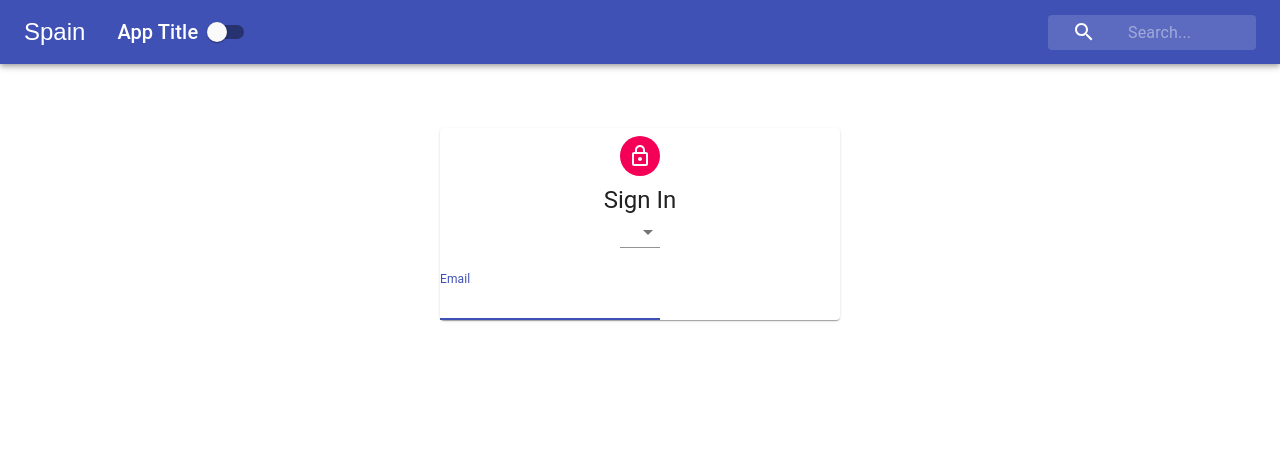
Repository: zhapar/context
Page: /
An editor plug-in stored every save of this project. The page is shown before and after the next save, followed by the edit.
The browser window is 1280 px wide. The pictures show the whole page.
The project was rebuilt for these pictures with package versions that can differ from the ones it lists, and the page was loaded fresh each time.

Above is the page before, as saved 2020-09-29 08:25:56.

### src/App.js
import React from "react";
import Navbar from "./Navbar";
import Form from "./Form";

function App() {
  return (
    <>
      <Navbar />
      <Form />
    </>
  );
}

export default App;

### src/Navbar.js
import React, { Component } from "react";
import AppBar from "@material-ui/core/AppBar";
import Toolbar from "@material-ui/core/Toolbar";
import IconButton from "@material-ui/core/IconButton";
import Typography from "@material-ui/core/Typography";
import InputBase from "@material-ui/core/InputBase";
import SearchIcon from "@material-ui/icons/Search";
import Switch from "@material-ui/core/Switch";
import { withStyles } from "@material-ui/core/styles";
import styles from "./styles/NavBarStyles";

class Navbar extends Component {
  render() {
    const { classes } = this.props;
    return (
      <div className={classes.root}>
        <AppBar position="static" color="primary">
          <Toolbar>
            <IconButton className={classes.menuButton} color="inherit">
              <span>Spain</span>
            </IconButton>
            <Typography className={classes.title} variant="h6" color="inherit">
              App Title
            </Typography>
            <Switch />
            <div className={classes.grow}></div>
            <div className={classes.search}>
              <div className={classes.searchIcon}>
                <SearchIcon />
              </div>
              <InputBase
                placeholder="Search..."
                classes={{
                  root: classes.inputRoot,
                  input: classes.inputInput,
                }}
              />
            </div>
          </Toolbar>
        </AppBar>
      </div>
    );
  }
}

export default withStyles(styles)(Navbar);

### src/Form.js
import React, { Component } from "react";
import Avatar from "@material-ui/core/Avatar";
import Button from "@material-ui/core/Button";
import CssBaseline from "@material-ui/core/CssBaseline";
import FormControl from "@material-ui/core/FormControl";
import FormControlLabel from "@material-ui/core/FormControlLabel";
import Checkbox from "@material-ui/core/Checkbox";
import Input from "@material-ui/core/Input";
import InputLabel from "@material-ui/core/InputLabel";
import LockOutlinedIcon from "@material-ui/icons/LockOutlined";
import Paper from "@material-ui/core/Paper";
import Typography from "@material-ui/core/Typography";
import MenuItem from "@material-ui/core/MenuItem";
import Select from "@material-ui/core/Select";
import withStyles from "@material-ui/core/styles/withStyles";
import styles from "./styles/FormStyles";

class Form extends Component {
  render() {
    const { classes } = this.props;
    return (
      <main className={classes.main}>
        <Paper className={classes.paper}>
          <Avatar className={classes.avatar}>
            <LockOutlinedIcon />
          </Avatar>
          <Typography variant="h5">Sign In</Typography>
          <Select>
            <MenuItem>English</MenuItem>
            <MenuItem>French</MenuItem>
            <MenuItem>Spanish</MenuItem>
          </Select>
          <form className={classes.form}>
            <FormControl>
              <InputLabel htmlFor="email">Email</InputLabel>
              <Input id="email" name="email" autoFocus />
            </FormControl>
          </form>
        </Paper>
      </main>
    );
  }
}

export default withStyles(styles)(Form);

### src/styles/NavBarStyles.js
import { fade } from "@material-ui/core/styles/colorManipulator";

const styles = (theme) => ({
  root: {
    width: "100%",
    marginBottom: 0,
  },
  grow: {
    flexGrow: 1,
  },
  menuButton: {
    marginLeft: "-12px",
    marginRight: "20px",
  },
  title: {
    display: "none",
    [theme.breakpoints.up("sm")]: {
      display: "block",
    },
  },
  search: {
    position: "relative",
    borderRadius: theme.shape.borderRadius,
    backgroundColor: fade(theme.palette.common.white, 0.15),
    "&:hover": {
      backgroundColor: fade(theme.palette.common.white, 0.25),
    },
    marginLeft: 0,
    width: "100%",
    [theme.breakpoints.up("sm")]: {
      marginLeft: theme.spacing.unit,
      width: "auto",
    },
  },
  searchIcon: {
    width: theme.spacing.unit * 9,
    height: "100%",
    position: "absolute",
    display: "flex",
    alignItems: "center",
    justifyContent: "center",
  },
  inputRoot: {
    color: "inherit",
    width: "100%",
  },
  inputInput: {
    paddingTop: theme.spacing.unit,
    paddingRight: theme.spacing.unit,
    paddingBottom: theme.spacing.unit,
    paddingLeft: theme.spacing.unit * 10,
    transition: theme.transitions.create("width"),
    width: "100%",
    [theme.breakpoints.up("sm")]: {
      width: "120px",
      "&:focus": {
        width: "200px",
      },
    },
  },
});

export default styles;

### src/styles/FormStyles.js
const styles = (theme) => ({
  main: {
    width: "auto",
    display: "block",
    marginLeft: theme.spacing.unit * 3,
    marginRight: theme.spacing.unit * 3,
    [theme.breakpoints.up("md")]: {
      width: 400,
      marginLeft: "auto",
      marginRight: "auto",
    },
  },
  paper: {
    marginTop: theme.spacing.unit * 8,
    display: "flex",
    flexDirection: "column",
    alignItems: "center",
  },
  avatar: {
    margin: theme.spacing.unit,
    backgroundColor: theme.palette.secondary.main,
  },
  form: {
    width: "100%",
    marginTop: theme.spacing.unit * 3,
  },
});

export default styles;

Loaded but not shown: public/index.html (common file); src/index.js (common file); src/index.css (common file); src/serviceWorker.js (common file)

After the next save:
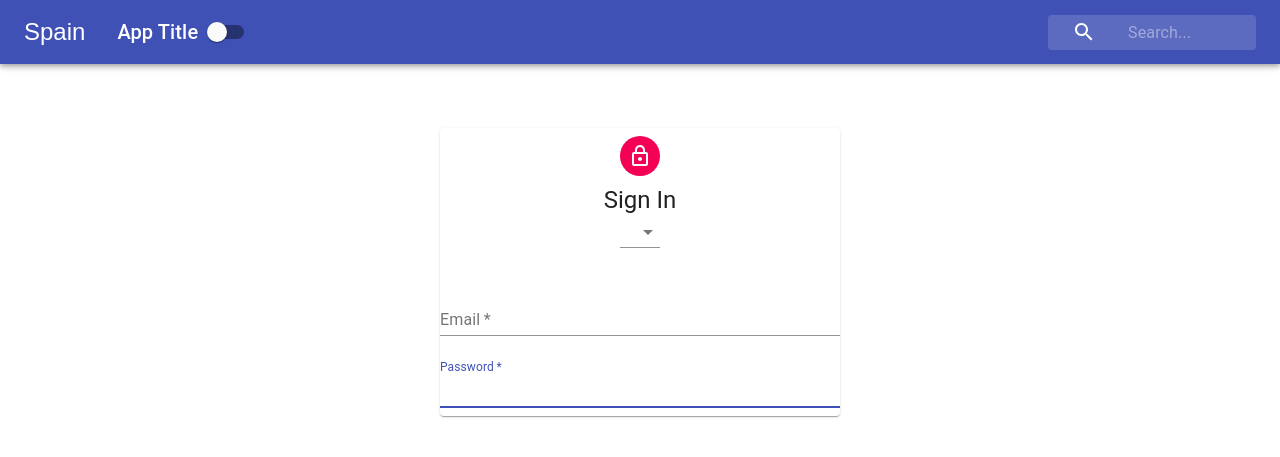
Saved 81 s later.
--- a/src/Form.js
+++ b/src/Form.js
@@ -31,9 +31,13 @@ class Form extends Component {
             <MenuItem>Spanish</MenuItem>
           </Select>
           <form className={classes.form}>
-            <FormControl>
+            <FormControl margin="normal" required fullWidth>
               <InputLabel htmlFor="email">Email</InputLabel>
               <Input id="email" name="email" autoFocus />
+            </FormControl>
+            <FormControl margin="normal" required fullWidth>
+              <InputLabel htmlFor="password">Password</InputLabel>
+              <Input id="password" name="password" autoFocus />
             </FormControl>
           </form>
         </Paper>
